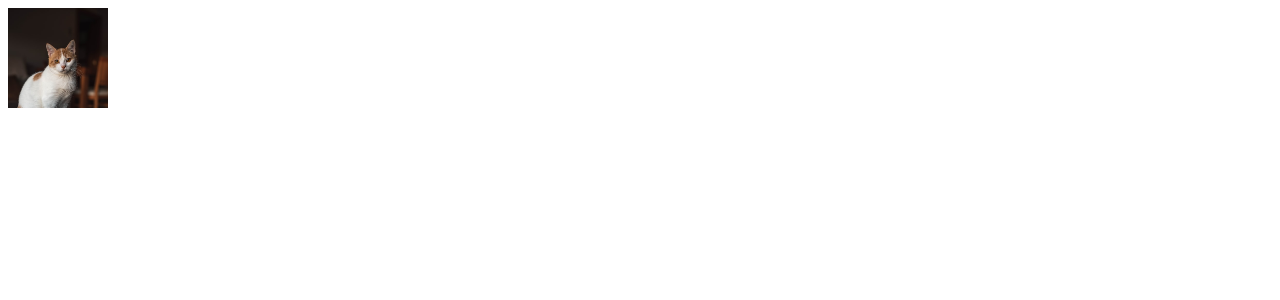
Repository: rakeshkolpepatil/CSS_Apana_College
Page: index.html
An editor plug-in stored every save of this project. The page is shown before and after the next save, followed by the edit.
The browser window is 1280 px wide. The pictures show the whole page.

Above is the page before, as saved 2023-06-23 20:16:01.

After the next save:
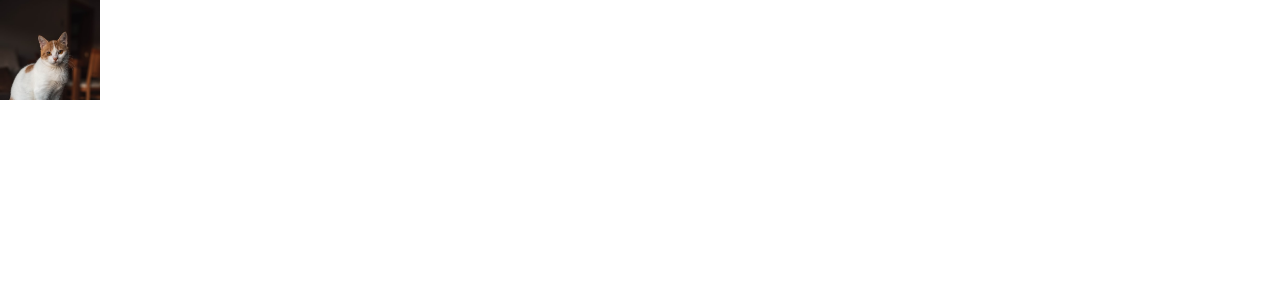
Saved 48 s later.
--- a/styleSix.css
+++ b/styleSix.css
@@ -1,7 +1,7 @@
 #div1{
   height: 100px;
   width: 100px;
-  position: static;
+  position: fixed;
   top: 0px;
   /* right: 0px; */
   left: 0px;
